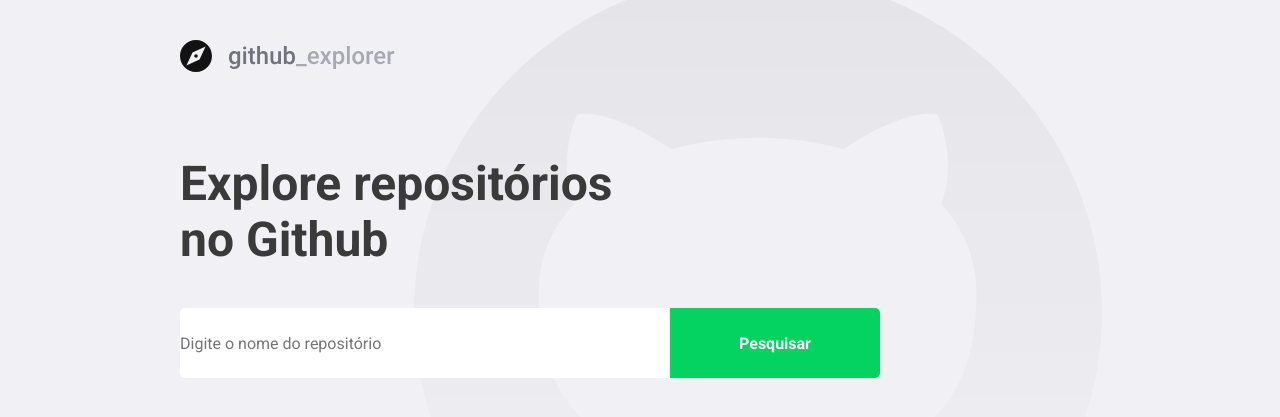
Repository: ramonmjr/projeto-repositorios-git-react
Page: /
An editor plug-in stored every save of this project. The page is shown before and after the next save, followed by the edit.
The browser window is 1280 px wide. The pictures show the whole page.
The project was rebuilt for these pictures with package versions that can differ from the ones it lists, and the page was loaded fresh each time. A package was used in the major version that the imports need, not the one package.json lists. Also part of the build but not shown: src/pages/Repository/index.tsx.

Above is the page before, as saved 2020-10-21 17:10:26.

### public/index.html
<!DOCTYPE html>
<html lang="en">

<head>
  <meta charset="utf-8" />
  <link rel="icon" href="%PUBLIC_URL%/favicon.ico" />
  <meta name="viewport" content="width=device-width, initial-scale=1" />
  <meta name="theme-color" content="#3A3A3A" />

  <title>Github Explorer</title>
  <link href="https://fonts.googleapis.com/css2?family=Roboto:wght@400;700&display=swap" rel="stylesheet">
</head>

<body>
  <noscript>You need to enable JavaScript to run this app.</noscript>
  <div id="root"></div>
</body>

</html>

### src/App.tsx
import React from 'react';
import { BrowserRouter } from 'react-router-dom';
import GlobalStyle from './styles/global';

import Routes from './routes';

const App: React.FC = () => (
  <>
    <BrowserRouter>
      <Routes />
    </BrowserRouter>
    <GlobalStyle />
  </>
);

export default App;

### src/styles/global.ts
import { createGlobalStyle } from 'styled-components';
import githubBackground from '../assets/github-background.svg';

export default createGlobalStyle`
* {
  margin: 0;
  padding: 0;
  outline: 0;
  box-sizing: border-box;
}
body {
  background: #f0f0f5 url(${githubBackground}) no-repeat 70% top;
  -webkit-font-smoothing: antialiased;
}

body, input, button {
  font: 16px Roboto, sans-serif;
}

#root {
  max-width: 960px;
  margin: 0 auto;
  padding: 40px 20px;
}

button {
  cursor: pointer;
}
`;

### src/pages/Dashboard/index.tsx
import React from 'react';
import { Title, Form } from './styles';
import logoImg from '../../assets/logo.svg';

const Dashboard: React.FC = () => (
  <>
    <img src={logoImg} alt="Github Explorer" />
    <Title>Explore repositórios no Github</Title>
    <Form>
      <input placeholder="Digite o nome do repositório" />
      <button type="submit">Pesquisar</button>
    </Form>
  </>
);

export default Dashboard;

### src/pages/Dashboard/styles.ts
import styled from 'styled-components';
import { shade } from 'polished';

export const Title = styled.h1`
  font-size: 48px;
  max-width: 450px;
  color: #3a3a3a;
  margin-top: 80px;
  line-height: 56px;
`;

export const Form = styled.form`
  margin-top: 40px;
  max-width: 700px;
  display: flex;

  input {
    flex: 1;
    height: 70px;
    padding: 0 24;
    border: 0;
    border-radius: 5px 0 0 5px;
  }

  button {
    width: 210px;
    background: #04d361;
    border-radius: 0px 5px 5px 0px;
    border: 0;
    color: #fff;
    font-weight: bold;
    transition: background-color 0.2s;

    &:hover {
      background: ${shade(0.2, '#04d361')};
    }
  }
`;

Loaded but not shown: src/index.tsx (common file); src/routes/index.tsx (common file)

After the next save:
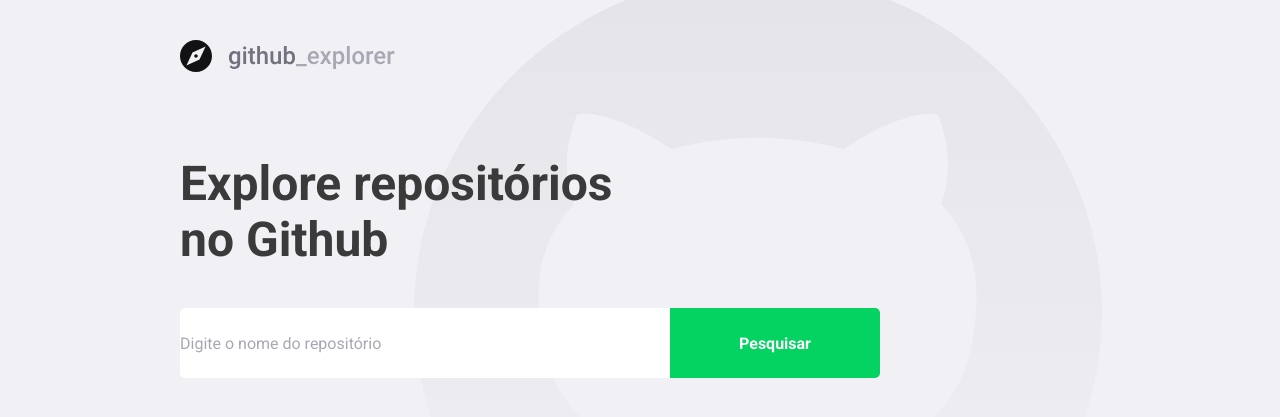
Saved 107 s later.
--- a/src/pages/Dashboard/styles.ts
+++ b/src/pages/Dashboard/styles.ts
@@ -20,6 +20,10 @@
     padding: 0 24;
     border: 0;
     border-radius: 5px 0 0 5px;
+
+    &::placeholder {
+      color: #a8a8b3;
+    }
   }
 
   button {
